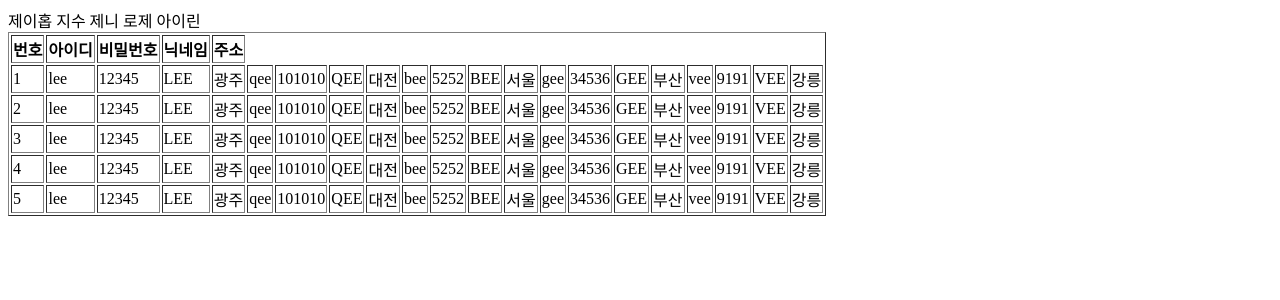
Repository: lee010207/HTML-CSS-JS
Page: http://localhost/EL_JSTL/JSTL_Final.jsp
An editor plug-in stored every save of this project. The page is shown before and after the next save, followed by the edit.
The browser window is 1280 px wide. The pictures show the whole page.
The page is served by Tomcat 9.

Above is the page before, as saved 2023-09-04 00:47:52.

### 04. Server/EL_JSTL/src/main/webapp/JSTL_Final.jsp
<%@page import="com.MemberDTO"%>
<%@page import="java.util.ArrayList"%>
<%@ page language="java" contentType="text/html; charset=EUC-KR"
    pageEncoding="EUC-KR"%>

<%-- 태그 라이브러리를 추가하겠다고 지시자를 추가해줘야 함 -> JSTL 사용가능 --%>
<%@ taglib prefix="c" uri="http://java.sun.com/jsp/jstl/core"%>
<!DOCTYPE html>
<html>
<head>
<meta charset="EUC-KR">
<title>Insert title here</title>
</head>
<body>

	<%
		ArrayList<String> idol = new ArrayList<String>();
		idol.add("제이홉");
		idol.add("지수");
		idol.add("제니");
		idol.add("로제");
		idol.add("아이린");
		pageContext.setAttribute("idol", idol);

	%>
	<c:forEach items="${idol }" var="name">
		${name}
	</c:forEach>
	<br>
	<%
		MemberDTO dto1 = new MemberDTO("lee", "12345","LEE","광주");
		MemberDTO dto2 = new MemberDTO("qee", "101010","QEE","대전");
		MemberDTO dto3 = new MemberDTO("bee", "5252","BEE","서울");
		MemberDTO dto4 = new MemberDTO("gee", "34536","GEE","부산");
		MemberDTO dto5 = new MemberDTO("vee", "9191","VEE","강릉");

		ArrayList<MemberDTO> list = new ArrayList<MemberDTO>();
		list.add(dto1);
		list.add(dto2);
		list.add(dto3);
		list.add(dto4);
		list.add(dto5);

		pageContext.setAttribute("list", list);

	%>

	<table border="1px">
		<tr>
			<th>번호</th>
			<th>아이디</th>
			<th>비밀번호</th>
			<th>닉네임</th>
			<th>주소</th>
		</tr>

	<c:forEach var="num" begin="1" end="5" step="1">
			<tr>
			<td>${num }</td>

			<c:forEach items="${list }" var="info">

				<td>${info.id}</td>
				<td>${info.pw}</td>
				<td>${info.nick}</td>
				<td>${info.addr}</td>

			</c:forEach>
			</tr>
		</c:forEach>
	</table>

</body>
</html>

### 04. Server/EL_JSTL/src/main/java/com/MemberDTO.java
package com;

public class MemberDTO {
	private String id;
	private String pw;
	private String nick;
	private String addr;


	public String getId() {
		return id;
	}
	public String getPw() {
		return pw;
	}
	public String getNick() {
		return nick;
	}
	public String getAddr() {
		return addr;
	}
	public void setId(String id) {
		this.id = id;
	}
	public void setPw(String pw) {
		this.pw = pw;
	}
	public void setNick(String nick) {
		this.nick = nick;
	}
	public void setAddr(String addr) {
		this.addr = addr;
	}
	public MemberDTO(String id, String pw, String nick, String addr) {

		this.id = id;
		this.pw = pw;
		this.nick = nick;
		this.addr = addr;
	}



}

After the next save:
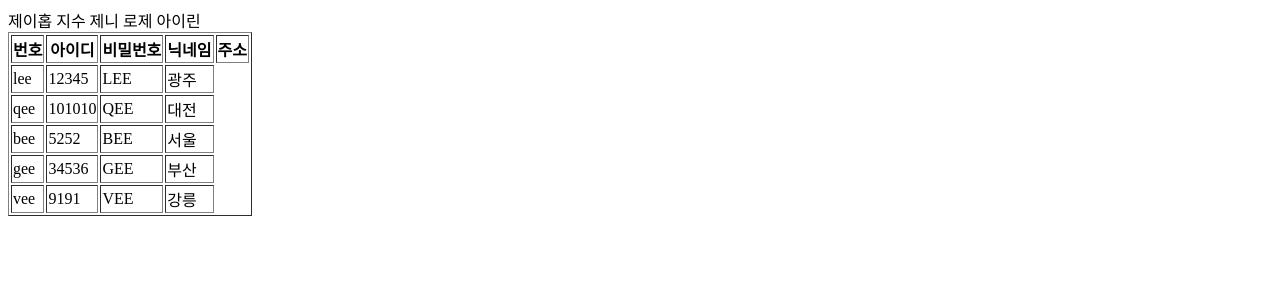
Saved 33 s later.
--- a/04. Server/EL_JSTL/src/main/webapp/JSTL_Final.jsp
+++ b/04. Server/EL_JSTL/src/main/webapp/JSTL_Final.jsp
@@ -54,19 +54,13 @@
 			<th>주소</th>
 		</tr>
 
-	<c:forEach var="num" begin="1" end="5" step="1">
-			<tr>
-			<td>${num }</td>
-
 			<c:forEach items="${list }" var="info">
-
+				<tr>
 				<td>${info.id}</td>
 				<td>${info.pw}</td>
 				<td>${info.nick}</td>
 				<td>${info.addr}</td>
-
-			</c:forEach>
-			</tr>
+				</tr>
 		</c:forEach>
 	</table>
 
